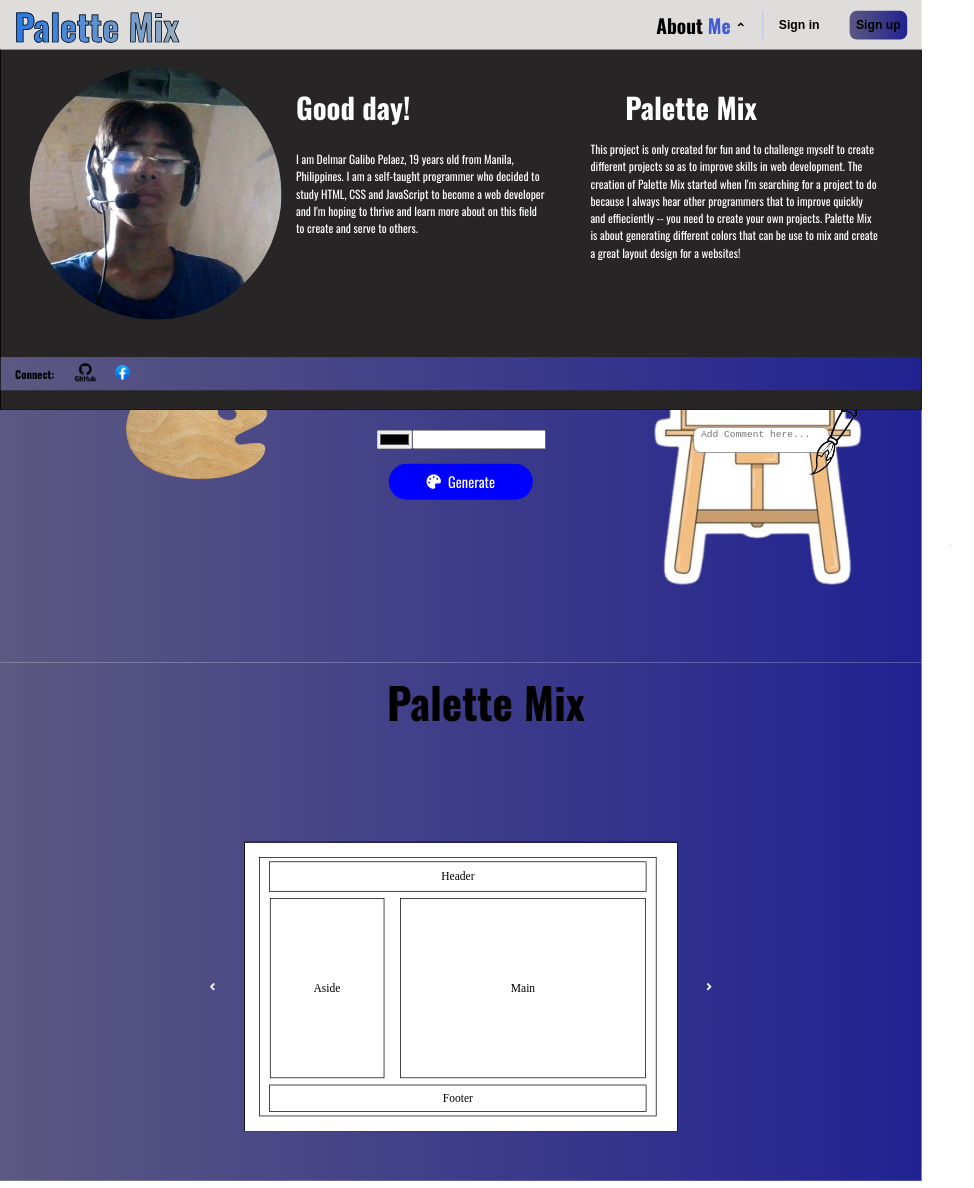
Repository: dmpelaez/Login-Signup-form
Page: Color/colorHeader.html
These files come from the project's save history. The page is drawn as it stood at one moment and after the next save; the edit follows.
The browser window is 1280 px wide. The page is 1353 px wide, so the pictures cover 1353 px, including what lies to the right of the window. The pictures show the whole page, at 72% of full size.
Some web libraries are served in a nearby version.

Above is the page before, as saved 2025-12-12 18:44:17.

### Color/colorHeader.html
<!DOCTYPE html>

  <html lang="en" dir="ltr">

    <head>

      <title>Palette Mix</title>
      <!--Style-->
      <link rel="stylesheet" href="colorHeader.css">
      <link rel="stylesheet" href="colorMain.css">
      <link rel="stylesheet" href="https://cdnjs.cloudflare.com/ajax/libs/font-awesome/5.14.0/css/all.min.css">
    </head>
    <body>

      <header class="color-header">
        <!--Title-->
        <a href="colorHeader.html">
          <section id="title" class="color-title">
            Palette Mix
          </section>
        </a>

        <!--End-->

        <!--Right side navigation bar-->
        <section class="navigation-bar">

          <!--About me-->
          <button class="about-me">
            <span class="aboutme">About <span class="me-text">Me</span></span>
            <i class="fas fa-angle-up"></i>
          </button>

          <!--Login & Signup form-->
          <div class="signin-signup">
            <button class="sign-in">
              Sign in
            </button>
            <button class="sign-up">
              Sign up
            </button>
          </div>
        </section>
        <!--End-->
        <div class="aboutmeSection">
          <div class="sectionAboutme">

            <img class="imageofme" alt="Creator Image" src="WIN_20241001_13_05_33_Pro.jpg">
            <P class="gd">Good day!</P>
            <p class="introduction">
              I am Delmar Galibo Pelaez, 19 years old from Manila, Philippines.
              I am a self-taught programmer who decided to study HTML, CSS and JavaScript to become
              a web developer and I'm hoping to thrive and learn more about on this field to create and serve to others.
            </p>

          </div>

          <div class="aboutThisProject">
            <h2 class="info-project">Palette Mix</h2>
            <p class="infoPalette">
              This project is only created for fun and to challenge myself to create different projects so as to improve skills in web development.
              The creation of Palette Mix started when I'm searching for a project to do because I always hear other programmers that to improve quickly and effieciently --
              you need to create your own projects. Palette Mix is about generating different colors that can be use to mix and create a great layout design for a websites!
            </p>
          </div>

          <div class="connectSection">
            <div class="contacts">
              <h2 class="connect-text">Connect:</h2>
              <a class="githubLink" href="#" target="_blank">
                 <img class="github" alt="Github" src="download__1_-removebg-preview.png">
              </a>
              <a class="facebook"  href="#" target="_blank">
                <img class="fb"  alt="Facebook" src="facebook-logo (1).png">
              </a>
            </div>

          </div>

        </div>


      </header>

      <main class="mainpage">

        <!--Main page-->
        <div class="main-page">

          <section class="title1">

            <h1 class="intro">Your color palettes generator!</h1>

            <h3 class="little-info">Create the perfect palette and get inspired by thousands of beautiful color schemes.</h3>
            <div class="sliding">
              <div class="colors">
              </div>
              <div class="colors2">
              </div>
              <div class="colors3">
              </div>
               <div class="colors4">
              </div>
            </div>

            <div class="colorSearch">
              <input type="color" class="colorbox">
              <Input type="text"  class="textbox">
              <img class="brush" src="brush.png">
              <img class="plate" src="plate.png">
              <img class="board" src="board.png">
                <div class="comment-section">
                  <h3 class="comment-text">Comment Here!</h3>
                  <ul class="comment-list"></ul>
                  <textarea class="comment-input" placeholder="Add Comment here..."></textarea>
                </div>
              </img>

            </div>

            <button class="generator">
              <i class="fas fa-palette"></i>
              Generate
            </button>
          </section>


        </div>

        <div class="theWhole">
          <div class="paletteText">Palette Mix</div>
          <div class="colorGenerator">
          </div>

          <div class="wholeDesign">
          <i id="leftIcon" class="fas fa-angle-left"></i>
              <div class="divBox">

            <!--Design 1-->


            <div class="divScroll">
              <div  class="div1">
                <div id="randomBox1" class="divpage1">
                  <header id="randomBox2" class="headerDiv1">Header</header>
                  <main  id="randomBox3" class="mainDiv1">
                    <div id="randomBox4" class="asideDiv1">Aside</div>
                    <div id="randomBox5" class="frontDiv1">Main</div>
                  </main>
                  <footer id="randomBox7" class="footerDiv1">Footer</footer>
                </div>
              </div>
              <!--Design 2-->
              <div  class="div2">
                <div id="randomBox1" class="divpage2">
                  <header id="randomBox2" class="headerDiv2">Header</header>
                    <div id="randomBox4" class="asideDiv2">Aside</div>
                    <div id="randomBox5" class="frontDiv2">Main</div>
                  <footer id="randomBox7" class="footerDiv2">Footer</footer>
                </div>
              </div>

              <!--Design 3-->

              <div  class="div3">
                <div id="randomBox1" class="divpage3">
                  <header id="randomBox2" class="headerDiv3">Header</header>
                    <div class="navBar">Navigation</div>
                    <div id="randomBox4" class="asideDiv3">Aside</div>
                    <div id="randomBox4" class="asideDiv32">Aside</div>
                    <div id="randomBox5" class="frontDiv3">Main</div>

                  <footer id="randomBox7" class="footerDiv3">Footer</footer>
                </div>
              </div>

            </div>
          </div>
          <i id="rightIcon"class="fas fa-angle-right"></i>



        </div>

        </div>


      </main>


      <script type="module" src="color.js"></script>

    </body>

  </html>

### Color/colorHeader.css
@import url('https://fonts.googleapis.com/css2?family=Anton&family=Oswald:wght@200..700&family=Poppins:ital,wght@0,100;0,200;0,300;0,400;0,500;0,600;0,700;0,800;0,900;1,100;1,200;1,300;1,400;1,500;1,600;1,700;1,800;1,900&family=Roboto:ital,wght@0,100..900;1,100..900&display=swap');

body {
  margin: 0;
  padding: 0;
}

.color-header {
  display: flex;
  justify-content: space-between;
  align-items: center;
  padding-left: 20px;
  padding-right: 20px;
  background: rgb(223, 220, 220);
  box-sizing: border-box;
  position: fixed;
  right: 0;
  left: 0;
  top: 0;
  height: 70px;
  border-bottom: 1px solid gray;
  z-index: 2;
}
@media (max-width: 670px) {
  .color-header {
    gap: 30px;
  }
}

a {
  text-decoration: none;
  flex-shrink: 0;
}

.color-title {
font-family: "Oswald", sans-serif;
font-weight: bold;
display: flex;
height: 50px;
font-size: 50px;
justify-content: start;
align-items: center;
-webkit-text-stroke: 1px black;
background: linear-gradient(90deg, rgb(41, 120, 224), rgb(150, 171, 190));
-webkit-background-clip: text;
-webkit-text-fill-color: transparent;
transition: all 0.3s ease;
cursor: pointer;
flex-shrink: 0;
}




.navigation-bar {
  display: Flex;
  justify-content: space-between;
  align-items: center;
  gap: 20px;
  height: 50px;
}
.signin-signup {
  display: Flex;
  border-left: 1px solid rgb(162, 183, 240);
  justify-content: space-between;
  align-items: center;
  gap: 30px;
  height: 40px;
  padding-left: 10px;
}

.sign-up {
  height: 40px;
  width: 80px;
  border-radius: 10px;
  border: none;
  background: transparent;
  color: black;
  font-family: arial;
  font-weight: bold;
  font-size: 17px;
  cursor: pointer;
  background: linear-gradient(90deg, rgb(92, 88, 129), rgb(32, 34, 145));
}
.sign-in {
  height: 40px;
  width: 80px;
  border-radius: 10px;
  border: none;
  background: transparent;
  color: black;
  font-family: arial;
  font-weight: bold;
  font-size: 17px;
  cursor: pointer;

}
.sign-in:hover,
.sign-up:hover {
background: linear-gradient(90deg, rgb(92, 88, 129), rgb(32, 34, 145));
  color: white;
}
.about-me {
  display: flex;
  justify-content: space-evenly;
  height: 40px;
  align-items: center;
  background-color: transparent;
  border: none;
  cursor: pointer;
  border-radius: 5px;
  flex-shrink: 0;
}
.about-me:hover {
  color: white;
  background: linear-gradient(90deg, rgb(92, 88, 129), rgb(32, 34, 145));
}
.aboutme {
  font-weight: bold;
  font-size: 27px;
  font-family: "Oswald";

}

.me-text {
  margin-right: 10px;
  color: rgb(66, 93, 212);
}

### Color/colorMain.css
@import url('https://fonts.googleapis.com/css2?family=Anton&family=Luckiest+Guy&family=Oswald:wght@200..700&family=Poppins:ital,wght@0,100;0,200;0,300;0,400;0,500;0,600;0,700;0,800;0,900;1,100;1,200;1,300;1,400;1,500;1,600;1,700;1,800;1,900&family=Roboto:ital,wght@0,100..900;1,100..900&display=swap');

body {
  height: 1580px;
}

.mainpage {
margin-top: 70px;
display: grid;
max-width: 1900px;
flex-shrink: 0;
position: relative;
}



.main-page {

}
.intro {
  font-weight: bold;
  font-size: 95px;
  white-space: wrap;
  font-family: "Oswald";
  flex-shrink: 0;
  display: flex;
  margin: 0px;
}


.aboutmeSection {
  display: grid;
  position: absolute;
  border: 1px solid black;
  background-color: rgb(39, 37, 37);
  left: 0;
  top: 100%;
  right: 0%;
  border-top: none;
  height: 500px;
  justify-content: space-between;
  align-items: center;
  grid-template-columns: 1fr 1fr;
  grid-template-rows: 1fr 100px;
}
.sectionAboutme {
  display: flex;
  height: 200px;
  justify-content: center;
 align-items: center;
 position: relative;
 gap: 20px;
 padding-left: 40px;
}
.imageofme {
  width: 350px;
  height: 350px;
  object-fit: cover;
  border-radius: 50%;
}
.introduction {
  width: 350px;
  font-family: "Oswald";
  color: white;
}
.connectSection {
  grid-column: 1 / 2 span;

  background: linear-gradient(90deg, rgb(92, 88, 129), rgb(32, 34, 145));
}
.contacts {
  display: flex;
  padding-left: 20px;
  align-items: center;
}
.gd {
  font-weight: bold;
  font-size: 40px;
  white-space: nowrap;
  position: absolute;
  top: -90px;
  left: 410px;
  color: white;
  font-family: "Oswald";
}

.fb {
  width: 20px;
  margin-left: 20px;
}
.github {
  width: 45px;
  margin-left: 20px;
}
.connect-text {
  font-family: "Oswald";
  font-size: 15px;
}
.info-project {
  color: white;
  font-weight: bold;
  font-family: "Oswald";
  font-size: 40px;
  margin: 0px;
  display: inline-block;
  margin-right: 120px;
}
.aboutThisProject {
  display: flex;
  flex-direction: column;
  justify-content: center;
  align-items: center;
  margin-bottom: 40px;
}
.infoPalette {
  color: white;
  font-family: "Oswald";
  width: 400px;
}



.title1 {
  display: flex;
  flex-direction: column;
    width: 100%;
  height: 800px;
  justify-content: start;
  position: relative;
  padding-top: 50px;
  align-items: center;
 background: linear-gradient(90deg, rgb(92, 88, 129), rgb(32, 34, 145));
 transition: background 6s ease;

}


.animate-gradient {
  animation: gradientShift 6s infinite alternate;
}

.little-info {

  font-size: 19px;
  color: rgb(0, 0, 0);
  font-family: "Poppins";
}

.letters {
  display: inline-block;
  margin: 2px;
}

.letters:hover {
  cursor: pointer;
  transition: text-shadow 0.3s ease;

  animation: wiggle 0.2s infinite alternate;
}


@keyframes wiggle {
  from {transform: translateX(0);}
  to {transform: translateX(-10px);}
}
.colors,
.colors2,
.colors3,
.colors4  {
  display: flex;

   width: 500px;
  height: 150px;
  justify-content: center;

   gap: 10px;
}
.colors div,
.colors2 div,
.colors3 div,
.colors4 div {
  display: Flex;
  height: 145px;
  flex-direction: row;
  width: 200px;
  justify-content: center;
}
.box {
  display: Flex;
  align-items: center;
  justify-content: center;
  font-weight: bold;
  font-size: 19px;
  text-transform: uppercase;
  cursor: pointer;

  border-radius: 10px;
}
.sliding {

  height: 250px;
 position: relative;
 overflow: hidden;
 margin-bottom: 20px;
}
.colors,
.colors2,
.colors3,
.colors4 {
  animation: scrollUp 6s linear infinite;

}


@keyframes scrollUp {
  0%   { transform: translateY(0); }
  25%   { transform: translateY(-50%); }
  50%   { transform: translateY(-100%); }
  75%   { transform: translateY(-150%); }
  100% { transform: translateY(-205%); }
}

.colorSearch {
  display: Flex;
  position: relative;
}
.brush {
  position: absolute;
  width: 300px;
  object-fit: cover;
  z-index: 1;
  top: -250px;
  right: -580px;
  pointer-events: none;
}
.plate {
  position: absolute;
  width: 200px;
  left: -350px;
  top: -70px;


}
.board {
  position: absolute;
  width: 600px;
  top: -330px;
  left: 230px;
  pointer-events: none;
}

.comment-section {
  position: absolute;
  right: -394px;
  bottom: -20%;
  display: flex;
  flex-direction: column;
  height: 250px;
  justify-content: end;
  text-align: center;

}
.comment-list {
position: absolute;
bottom: 10%;
display: flex;
align-items: left;
justify-content: start;

gap: 10px;
height: 140px;
width: 189px;
padding: 0;
left: -16px;
flex-direction: column;
overflow-y: scroll;
padding-left: 10px;
}
.comment-text {
  margin: 0px;
  Position: absolute;
  top: 45px;
  left: 20px;
  white-space: nowrap;
}
.comment-input {
display: flex;
position: initial;
padding-left: 10px;
text-align: middle;
align-items: center;
justify-content: center;
border-radius: 10px;
outline: none;
}
.comments {
  display: flex;
  justify-content: start;
  text-align: left;
  width: 160px;
  white-space: normal;
  word-wrap: break-word;
  word-break: break-all;
  overflow-wrap: break-word;
  border: 1px solid gray;
  padding: 10px;
  padding-right: 0px;
}


.generator {
  display: flex;
  background: blue;
  border: none;
  border-radius: 50px;
  height: 50px;
  align-items: center;
  justify-content: center;
  margin-top: 20px;
  width: 200px;
  font-family: "Oswald";
  font-size: 20px;
  color: white;
  cursor: pointer;
}
.generator i {
  margin-right: 10px;
}

.colorGenerator {
  display: flex;


  height: 200px;
  width: 100%;
  align-self: center;
 justify-self: center;
 align-items: center;
 justify-content: center;
 gap: 10px;

}
.generateColor {
  display: flex;
  border-width: 1px;
  border-radius: solid;
  width: 200px;
  height: 100px;
  justify-content: center;
  align-items: center;
  cursor: pointer;
  color: black;
}

.paletteText {
  font-weight: bold;
  font-family: "Oswald";
  font-size: 60px;
  position: absolute;
  left: 42%;
  top: 0;
  right: 50%;
  white-space: nowrap;
  top: 10px;

}

.theWhole {
  height: 100vh;
  display: flex;
  flex-direction: column;
  justify-content: center;
  align-items: center;
  position: relative;
 background: linear-gradient(90deg, rgb(92, 88, 129), rgb(32, 34, 145));
}

.divBox {
  border: 1px solid black;
  height: 400px;
  width: 600px;
  display: flex;
  align-items: center;
  justify-content: center;
  align-self: center;
  justify-self: center;
  gap: 20px;
  background-color: white;
  overflow-x: auto;
  scroll-behavior: smooth;
  position: relative;
}
.divBox::-webkit-scrollbar {
  display: none;
}
.wholeDesign {
  display: flex;
  justify-content: center;
  align-items: center;
  margin-bottom: 20px;
}


.divBox i {
  cursor: pointer;
  margin-right: 10px;
  margin-left: 10px;

}

.divScroll {
  display: flex;
  justify-content: space-evenly;
  height: 90%;
  min-width: 90%;
  position: absolute;
  left: 20px;
  background-color: white;
  gap: 30px;

}

.div1{
  display: grid;
  border: 1px solid black;
  min-height: 90%;
  width: 550px;
  flex-direction: column;
  z-index: 1;


}


.div2 {
 display: grid;
  border: 1px solid black;
  min-height: 90%;
  width: 550px;
  flex-direction: column;
  z-index: 1;

}
.div3 {
  display: grid;
  border: 1px solid black;
  min-height: 90%;
  width: 550px;
  flex-direction: column;
  z-index: 1;
  margin-right: 20px;

}





.divpage1 {
  display: flex;
   z-index: 2;
   flex-direction: column;
  height: 100%;
  min-width: 100%;
  justify-content: space-between;
  align-items: center;

}

.headerDiv1 {
  display: flex;
  align-items: center;
  justify-content: center;
  height: 40px;
  border: 1px solid black;
  min-width: 95%;
  margin-top: 5px;
  z-index: 2;
  background-color: white;
}
.mainDiv1{
  display: flex;
   z-index: 2;
  height: 70%;
  min-width: 95%;
  justify-content: space-between;

}
.footerDiv1 {
  display: flex;
  border: 1px solid black;
  min-width: 95%;
  justify-content: center;
  height: 10%;
  align-items: center;
  margin-bottom: 5px;
    z-index: 2;
    background-color: white;
}
.asideDiv1 {
  border: 1px solid black;
  min-width: 30%;
  display: flex;
  align-items: center;
  justify-content: center;
  z-index: 2;
  background-color: white;
}
.frontDiv1 {
  display: flex;
  border: 1px solid black;
  min-width: 65%;
  justify-content: center;
  align-items: center;
  z-index: 2;
  background-color: white;
}





.divpage2 {
  display: grid;
grid-template-columns: 150px 1fr 1fr 1fr;
grid-template-rows: 150px 1fr 1fr 1fr;
row-gap: 10px;
column-gap: 10px;
margin: 10px;
}
.headerDiv2 {
  grid-row: 1 / 3 span;
  display: flex;
  justify-content: center;
  align-items: center;
  border: 1px solid black;
  background-color: white;
}

.footerDiv2 {
  grid-row: 4 / 1 span;
  grid-column: 4 span;
  display: flex;
  justify-content: center;
  align-items: center;
  border: 1px solid black;
  background-color: white;
}


.frontDiv2 {
grid-column: 2 / 3 span;
grid-row: 1 / 2 span;
display: flex;
justify-content: center;
align-items: center;
border: 1px solid black;
background-color: white;
}
.asideDiv2 {
  grid-column: 2 / 3 span;
  display: flex;
  justify-content: center;
  align-items: center;
  border: 1px solid black;
  background-color: white;
}




.divpage3 {
  display: grid;
  grid-template-columns: 150px 1fr 150px;
  grid-template-rows: 50px 40px 1fr 1fr 40px;
  row-gap: 10px;
  column-gap: 10px;
  margin: 10px;

}
.headerDiv3 {
  grid-column: 1 / 3 span;
  display: flex;
  justify-content: center;
  align-items: center;
  border: 1px solid black;
  background-color: white;
}
.navBar {
  grid-column: 1 / 3 span;
  display: flex;
  justify-content: center;
  align-items: center;
  border: 1px solid black;
background-color: white;
}
.asideDiv3 {
  display: flex;
  border: 1px solid black;
  justify-content: center;
  align-items: center;
background-color: white;
}
.asideDiv32 {
  display: Flex;
  border: 1px black solid;
  grid-row: 4;
  justify-content: center;
  align-items: center;
  background-color: white;
}
.frontDiv3 {
  display: flex;
  justify-content: center;
  align-items: center;
  border: 1px solid black;
  grid-row: 3 / 2 span;
  grid-column: 2 / 2 span;
  background-color: white;
}
.footerDiv3 {
  display: Flex;
  align-items: center;
  justify-content: center;
  border: 1px solid black;
  grid-column: 1 / 3 span;
  background-color: white;
}




#leftIcon {
  cursor: pointer;
  color: white;
  margin-right: 20px;
  padding: 20px;
}
#rightIcon {
  cursor: pointer;
  margin-left: 20px;
  padding: 20px;
 color: white;
}

Loaded but not shown: Color/color.js (458 lines, source omitted)

After the next save:
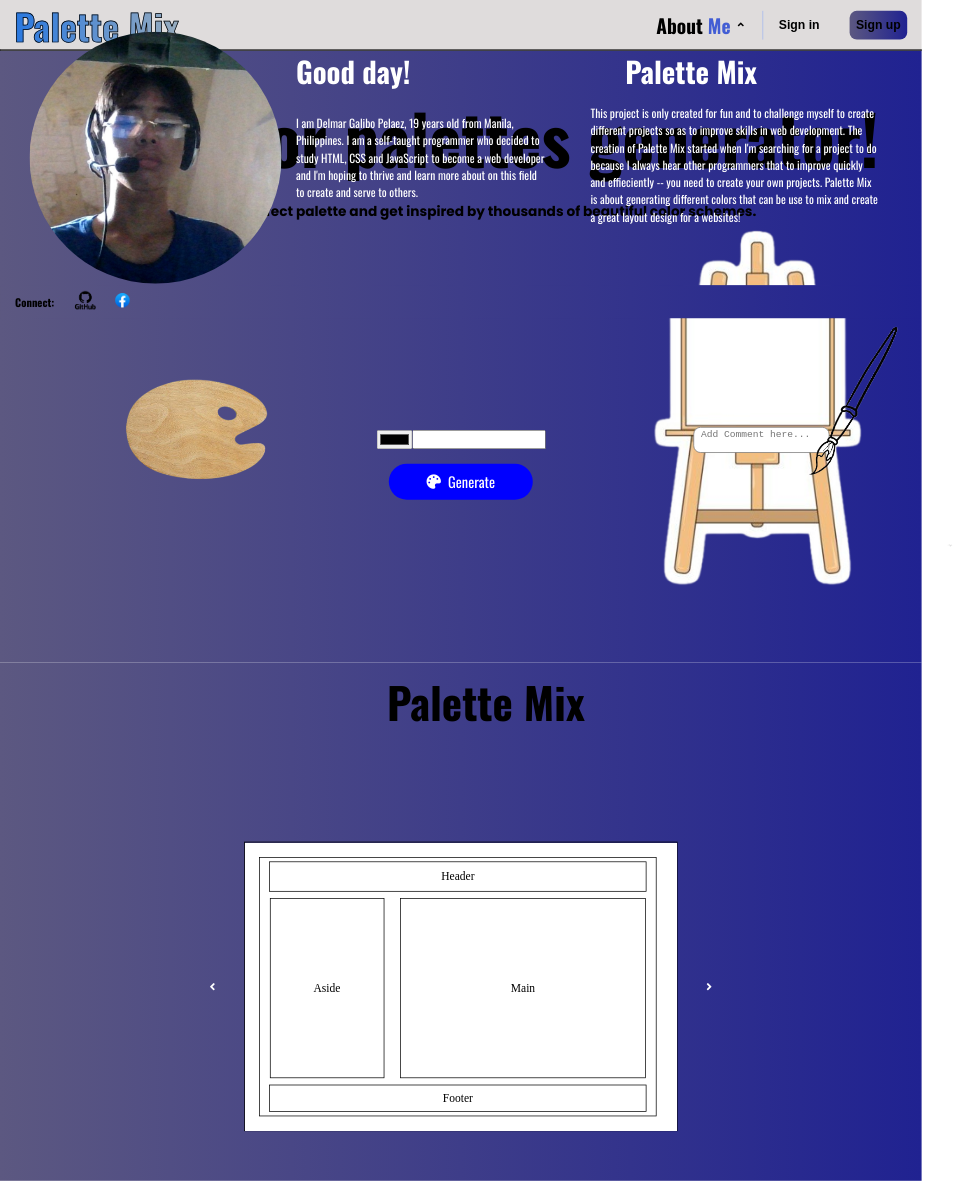
Saved 57 s later.
--- a/Color/colorMain.css
+++ b/Color/colorMain.css
@@ -37,7 +37,7 @@
   top: 100%;
   right: 0%;
   border-top: none;
-  height: 500px;
+  height: 0px;
   justify-content: space-between;
   align-items: center;
   grid-template-columns: 1fr 1fr;

After the save that followed:
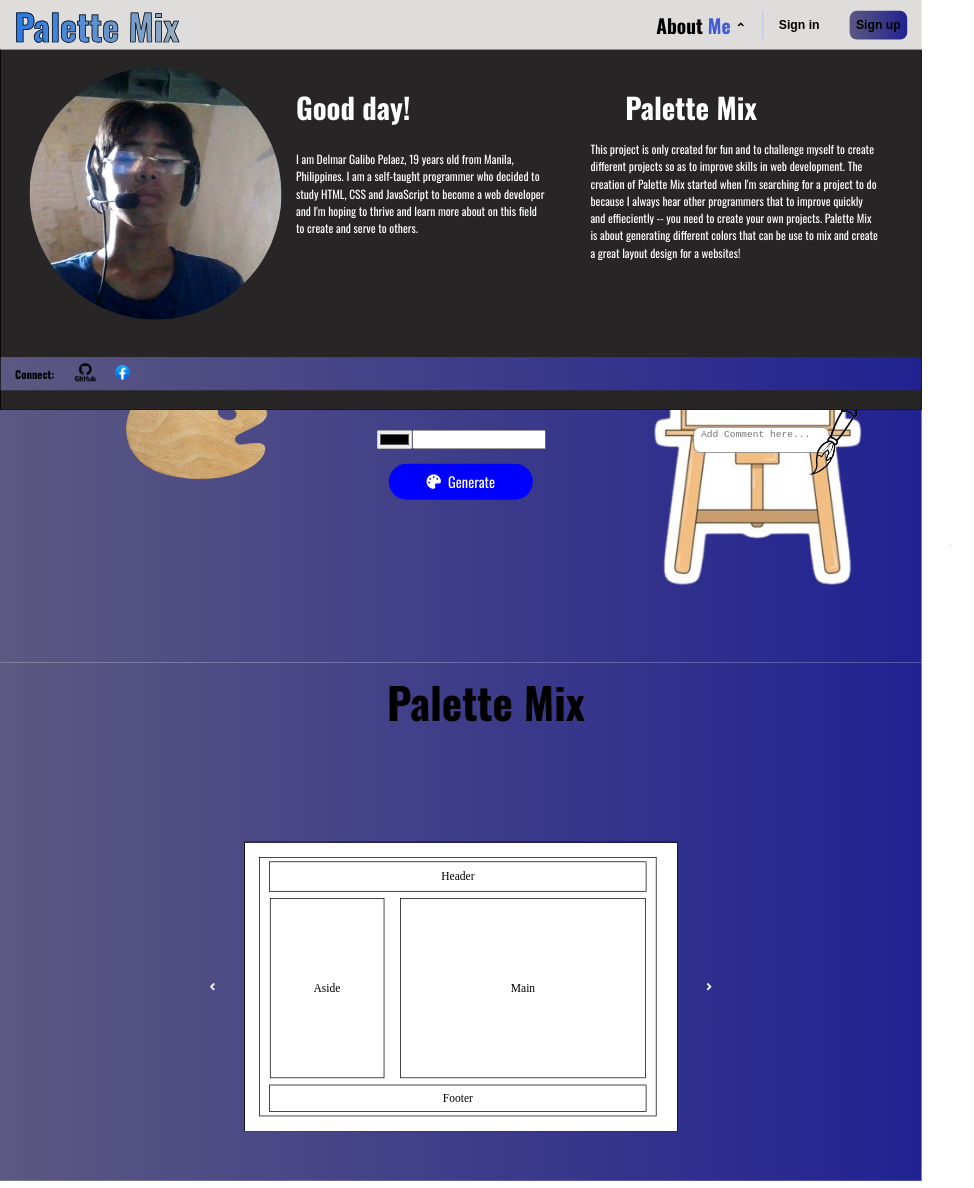
Saved 4 s later.
--- a/Color/colorMain.css
+++ b/Color/colorMain.css
@@ -37,7 +37,7 @@
   top: 100%;
   right: 0%;
   border-top: none;
-  height: 0px;
+  height: 500px;
   justify-content: space-between;
   align-items: center;
   grid-template-columns: 1fr 1fr;
